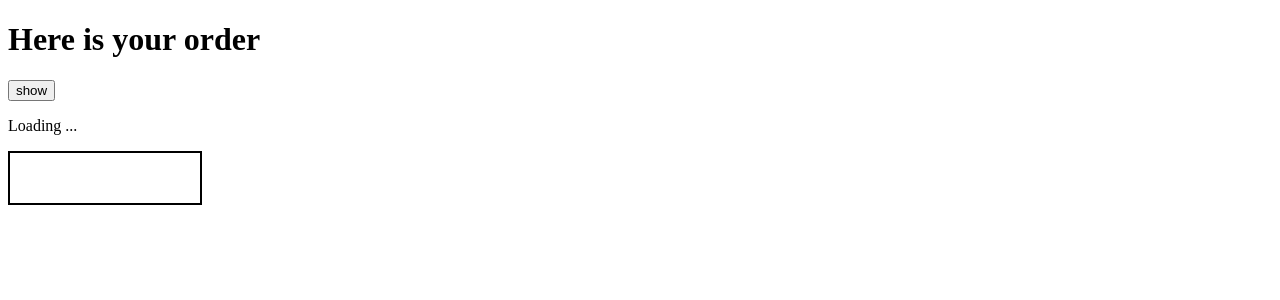
Repository: boschierob/order-app
Page: read.html
An editor plug-in stored every save of this project. The page is shown before and after the next save, followed by the edit.
The browser window is 1280 px wide. The pictures show the whole page.
The page's requests for data from a server got no answer.

Above is the page before, as saved 2023-01-01 19:57:32.

After the next save:
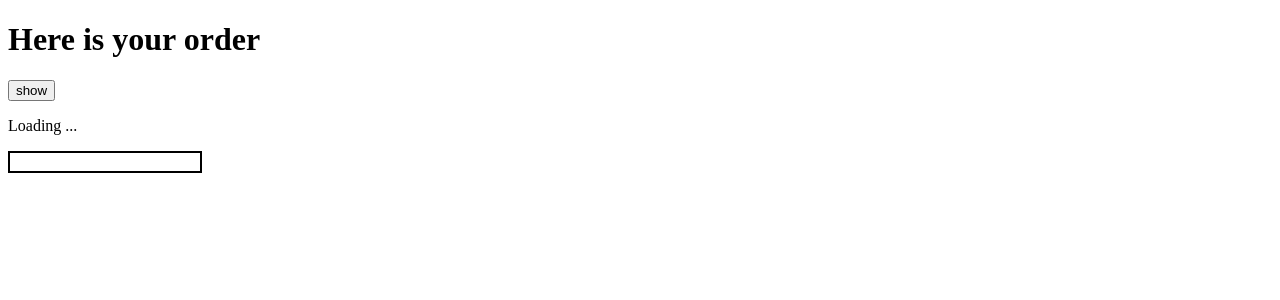
Saved 15 s later.
--- a/read.html
+++ b/read.html
@@ -17,7 +17,7 @@
         <div>
             <button>show</button>
             <p id="data"> Loading ...</p>
-            <div style="border:2px solid black ; width:15%; height:50px">
+            <div style="border:2px solid black ; width:15%; height:5%">
                 <img id="image">
             </div>
 
